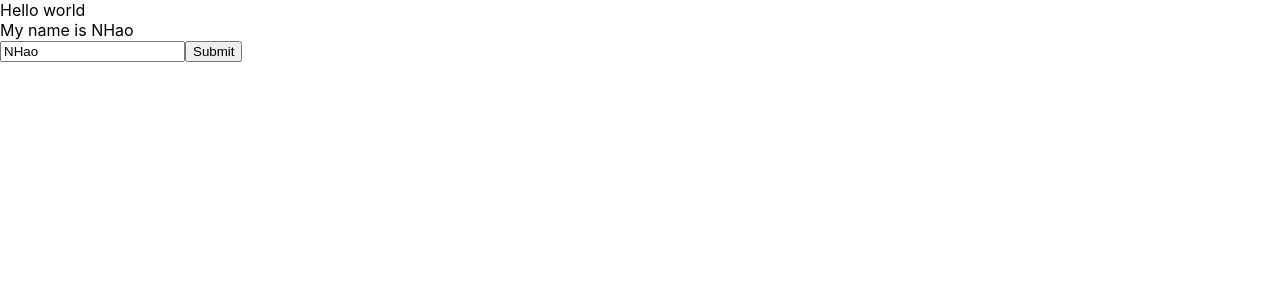
Repository: haonguyen09/reactProject
Page: /
The author's editor kept a copy of each file at every save. The page is drawn from the files as they stood at one save, then again after the next save.
The browser window is 1280 px wide. The pictures show the whole page.
The project was rebuilt for these pictures with package versions that can differ from the ones it lists, and the page was loaded fresh each time.

Above is the page before, as saved 2023-07-31 23:24:55.

After the next save:
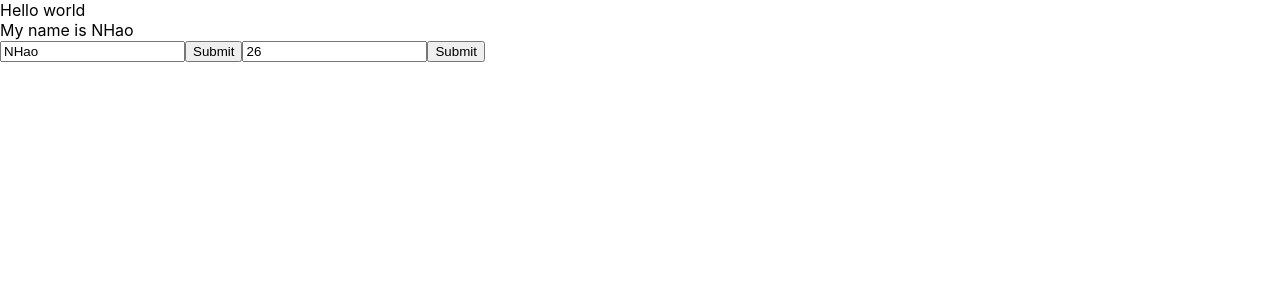
Saved 103 s later.
--- a/src/components/MyComponent.js
+++ b/src/components/MyComponent.js
@@ -22,6 +22,12 @@ class MyComponent extends React.Component {
         })
     }
 
+    handleChangeAge = (event) => {
+        this.setState({
+            age: event.target.value
+        })
+    }
+
     handOnSubmit = (event) => {
         event.preventDefault();
     }
@@ -33,6 +39,9 @@ class MyComponent extends React.Component {
                 <form onSubmit={(event) => this.handOnSubmit(event)}>
                     <input value= {this.state.name} type="text" onChange = {(event) => {this.handleChange(event)}} />
                     <button>Submit</button>
+
+                    <input value= {this.state.age} type="text" onChange = {(event) => {this.handleChange(event)}} />
+                    <button>Submit</button>
                 </form>
 
             </div>
